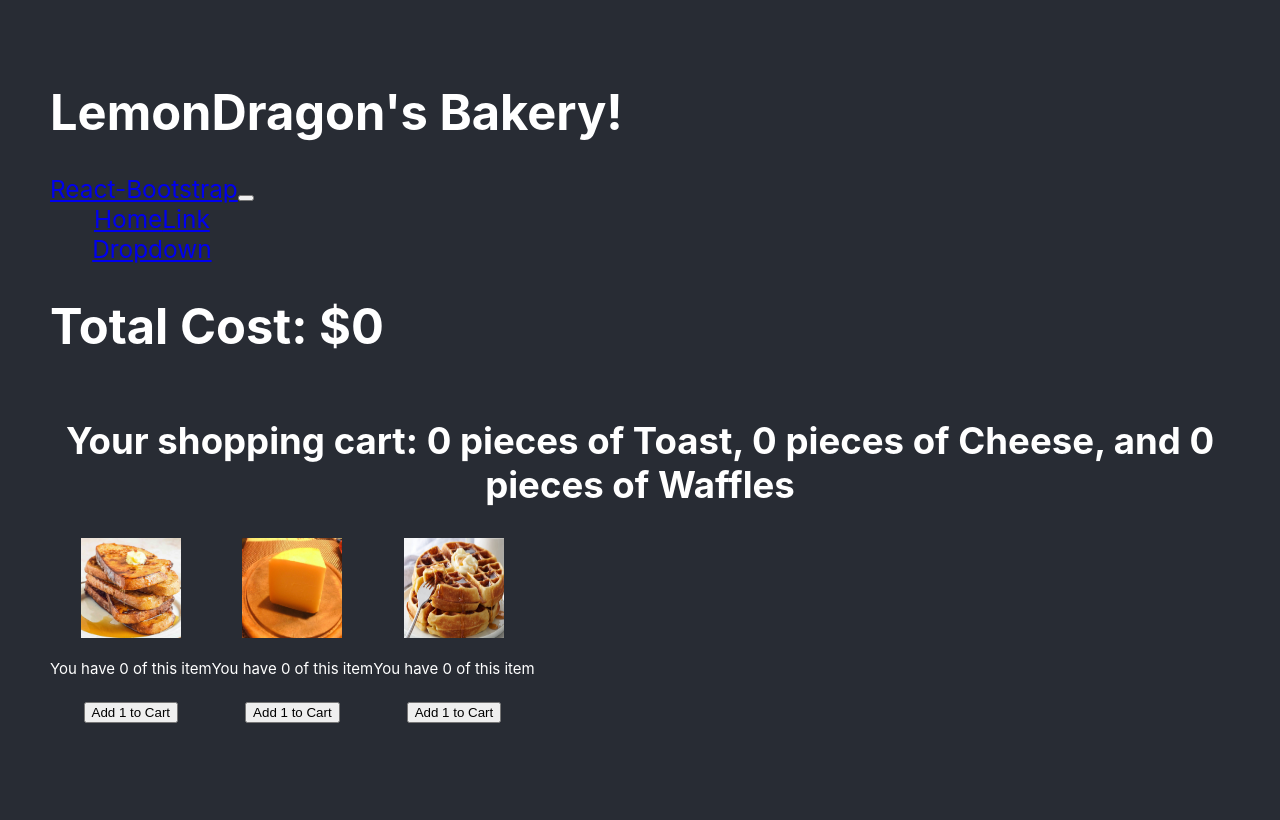
Repository: happydragon200/development
Page: /
These files come from the project's save history. The page is drawn as it stood at one moment and after a run of saves; the edit follows.
The browser window is 1280 px wide. The pictures show the whole page.
The project was rebuilt for these pictures with package versions that can differ from the ones it lists, and the page was loaded fresh each time.

Above is the page before, as saved 2022-12-01 21:03:58.

### src/App.js
import React, { useState } from 'react'
import baguette from './images/baguette.jpg'
import toast from './images/toast.png'
import cheese from './images/cheese.jpg'
import waffle from './images/waffle.jpg'
import Container from 'react-bootstrap/Container'
import Nav from 'react-bootstrap/Nav'
import Navbar from 'react-bootstrap/Navbar'
import NavDropdown from 'react-bootstrap/NavDropdown'
import './App.css'

function App() {
  return (
    <div className="App">
      <header className="App-header">
        <h1>LemonDragon's Bakery!</h1>
        <BasicExample />
        <Menu />
      </header>
    </div>
  )
}

function BasicExample() {
  return (
    <Navbar bg="light" expand="lg">
      <Container>
        <Navbar.Brand href="#home">React-Bootstrap</Navbar.Brand>
        <Navbar.Toggle aria-controls="basic-navbar-nav" />
        <Navbar.Collapse id="basic-navbar-nav">
          <Nav className="me-auto">
            <Nav.Link href="#home">Home</Nav.Link>
            <Nav.Link href="#link">Link</Nav.Link>
            <NavDropdown title="Dropdown" id="basic-nav-dropdown">
              <NavDropdown.Item href="#action/3.1">Bread</NavDropdown.Item>
              <NavDropdown.Item href="#action/3.2">
                Protein
              </NavDropdown.Item>
              <NavDropdown.Item href="#action/3.3">Something</NavDropdown.Item>
              <NavDropdown.Divider />
              <NavDropdown.Item href="#action/3.4">
                Live Animals
              </NavDropdown.Item>
            </NavDropdown>
          </Nav>
        </Navbar.Collapse>
      </Container>
    </Navbar>
  )
}

function Menu() {
  const [toast_count, toast_setcount] = useState(0)
  const [cheese_count, cheese_setcount] = useState(0)
  const [waffle_count, waffle_setcount] = useState(0)

  const toast_price = 5
  const cheese_price = 10
  const waffle_price = 100

  const [type, setType] = useState('ALL')

  var foods = [
    {
      name: 'toast',
      type: 'bread',
      price: 5,
      img: { toast },
      count: { toast_count },
    },
    {
      name: 'cheese',
      type: 'protein',
      price: 10,
      img: { cheese },
      count: { cheese_count },
    },
    {
      name: 'waffle',
      type: 'bread',
      price: 100,
      img: { waffle },
      count: { waffle_count },
    },
  ]

  return (
    <>
      <h1>
        Total Cost: $
        {toast_count * toast_price +
          cheese_count * cheese_price +
          waffle_count * waffle_price}
      </h1>
      <h2>
        Your shopping cart: {toast_count} pieces of Toast, {cheese_count} pieces
        of Cheese, and {waffle_count} pieces of Waffles
      </h2>

      <div className="flex-parent">
        <BakeryItem
          className="inline"
          img={toast}
          count={toast_count}
          setCount={toast_setcount}
        />
        <BakeryItem
          className="inline"
          img={cheese}
          count={cheese_count}
          setCount={cheese_setcount}
        />
        <BakeryItem
          className="inline"
          img={waffle}
          count={waffle_count}
          setCount={waffle_setcount}
        />
      </div>
    </>
  )
}

function BakeryItem(prop) {
  const { img, count, setCount } = prop

  return (
    <div>
      <img src={img} className="Item-small" />
      <p className="smull">You have {count} of this item</p>
      <button onClick={() => setCount(count + 1)}>Add 1 to Cart</button>

      {count > 0 && (
        <button onClick={() => setCount(count - 1)}>Remove 1 from Cart</button>
      )}
    </div>
  )
}

export default App

### src/App.css
.App {
  text-align: center;
}

.App-logo {
  height: 40vmin;
  pointer-events: none;
}

@media (prefers-reduced-motion: no-preference) {
  .App-logo {
    animation: App-logo-spin infinite 20s linear;
  }
}

.App-header {
  background-color: #282c34;
  min-height: 100vh;
  display: flex;
  flex-direction: column;
  align-items: flex-start;
  justify-content: flex-start;
  font-size: calc(10px + 2vmin);
  padding: 50px 50px 50px 50px;
  color: white;
}

.App-link {
  color: #61dafb;
}

.Item-small {
  height: 100px;
  width: 100px;
}

.inline {
  justify-content: space-around;
}

.flex-parent {
  display: flex;
  justify-content: space-around;

}

.smull {
  font-size: 15px;
}

@keyframes App-logo-spin {
  from {
    transform: rotate(0deg);
  }
  to {
    transform: rotate(360deg);
  }
}

Loaded but not shown: public/index.html (common file); src/index.js (common file); src/index.css (common file)

After the next 2 saves:
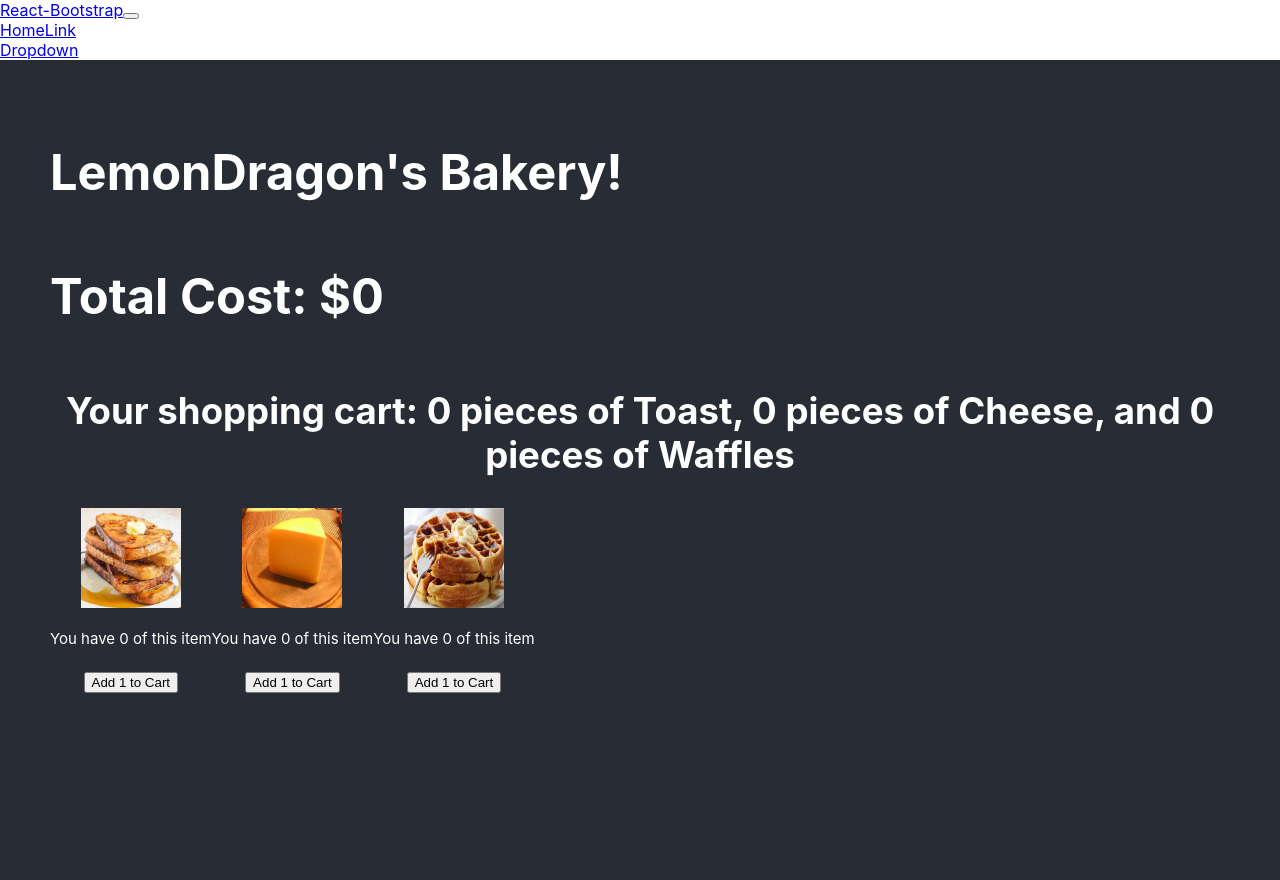
The 2 saves are shown as one change because 1 did not build or start.
The last was saved 6 min 46 s later.
--- a/src/App.js
+++ b/src/App.js
@@ -11,12 +11,16 @@ import './App.css'
 
 function App() {
   return (
-    <div className="App">
-      <header className="App-header">
-        <h1>LemonDragon's Bakery!</h1>
+    <div>
+      <div>
         <BasicExample />
-        <Menu />
-      </header>
+      </div>
+      <div className="App">
+        <header className="App-header">
+          <h1>LemonDragon's Bakery!</h1>
+          <Menu />
+        </header>
+      </div>
     </div>
   )
 }
@@ -33,9 +37,7 @@ function BasicExample() {
             <Nav.Link href="#link">Link</Nav.Link>
             <NavDropdown title="Dropdown" id="basic-nav-dropdown">
               <NavDropdown.Item href="#action/3.1">Bread</NavDropdown.Item>
-              <NavDropdown.Item href="#action/3.2">
-                Protein
-              </NavDropdown.Item>
+              <NavDropdown.Item href="#action/3.2">Protein</NavDropdown.Item>
               <NavDropdown.Item href="#action/3.3">Something</NavDropdown.Item>
               <NavDropdown.Divider />
               <NavDropdown.Item href="#action/3.4">
